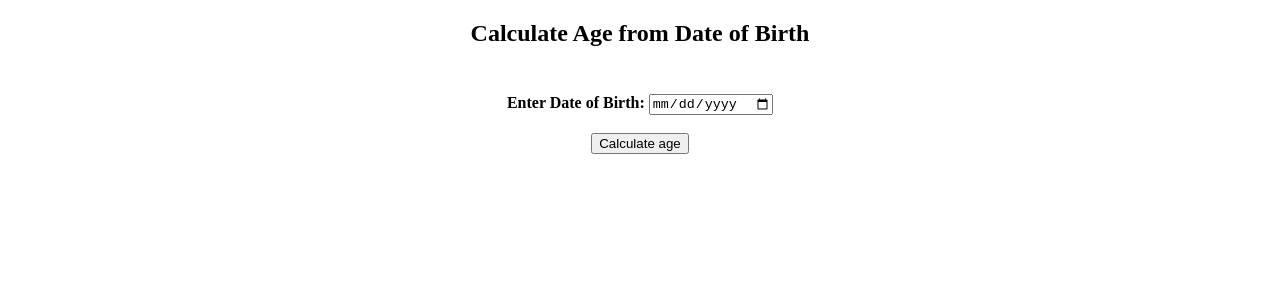
Repository: HoangDuy315/web-dev2022
Page: hw151022/ex2/ex2.4/index.html
The author's editor kept a copy of each file at every save. The page is drawn from the files as they stood at one save, then again after the next save.
The browser window is 1280 px wide. The pictures show the whole page.

Above is the page before, as saved 2022-10-15 15:14:02.

### hw151022/ex2/ex2.4/index.html
<!DOCTYPE html>
<html lang="en">
<head>
    <meta charset="UTF-8">
    <meta http-equiv="X-UA-Compatible" content="IE=edge">
    <meta name="viewport" content="width=device-width, initial-scale=1.0">
    <title>Document</title>
<head>
<script>
function ageCalculator() {
    var userinput = document.getElementById("DOB").value;
    var dob = new Date(userinput);
    if(userinput==null || userinput=='') {
      document.getElementById("message").innerHTML = "**Choose a date please!";
      return false;
    } else {

    //calculate month difference from current date in time
    var month_diff = Date.now() - dob.getTime();

    //convert the calculated difference in date format
    var age_dt = new Date(month_diff);

    //extract year from date
    var year = age_dt.getUTCFullYear();

    //now calculate the age of the user
    var age = Math.abs(year - 1970);

    //display the calculated age
    return document.getElementById("result").innerHTML =
             "Age is: " + age + " years. ";
    }
}
</script>
</head>
<body>
<center>
<h2 style="color: 32A80F" align="center"> Calculate Age from Date of Birth <br> <br> </h2>

<!-- Choose a date and enter in input field -->
<b> Enter Date of Birth: <input type=date id = DOB> </b>
<span id = "message" style="color:red"> </span> <br><br>

<!-- Choose a date and enter in input field -->
<button type="submit" onclick = "ageCalculator()"> Calculate age </button> <br><br>
<h3 style="color:32A80F" id="result" align="center"></h3>
</center>
</body>
</html>

After the next save:
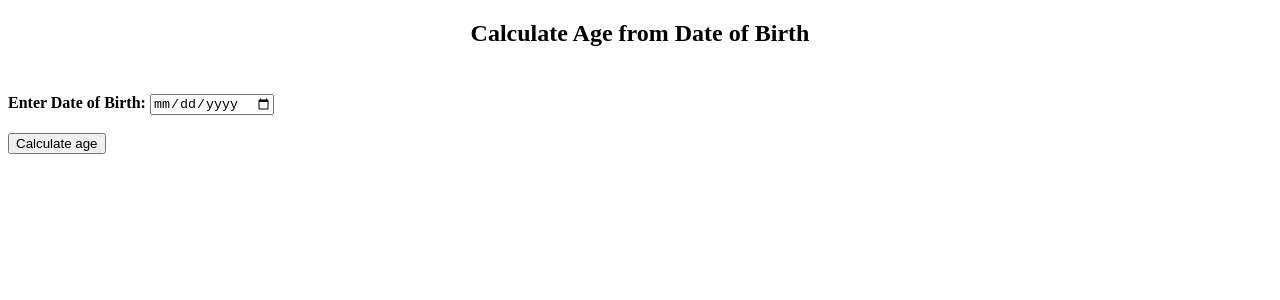
Saved 24 s later.
--- a/hw151022/ex2/ex2.4/index.html
+++ b/hw151022/ex2/ex2.4/index.html
@@ -35,7 +35,7 @@ function ageCalculator() {
 </script>
 </head>
 <body>
-<center>
+<div>
 <h2 style="color: 32A80F" align="center"> Calculate Age from Date of Birth <br> <br> </h2>
 
 <!-- Choose a date and enter in input field -->
@@ -45,6 +45,6 @@ function ageCalculator() {
 <!-- Choose a date and enter in input field -->
 <button type="submit" onclick = "ageCalculator()"> Calculate age </button> <br><br>
 <h3 style="color:32A80F" id="result" align="center"></h3>
-</center>
+</div>
 </body>
 </html>
